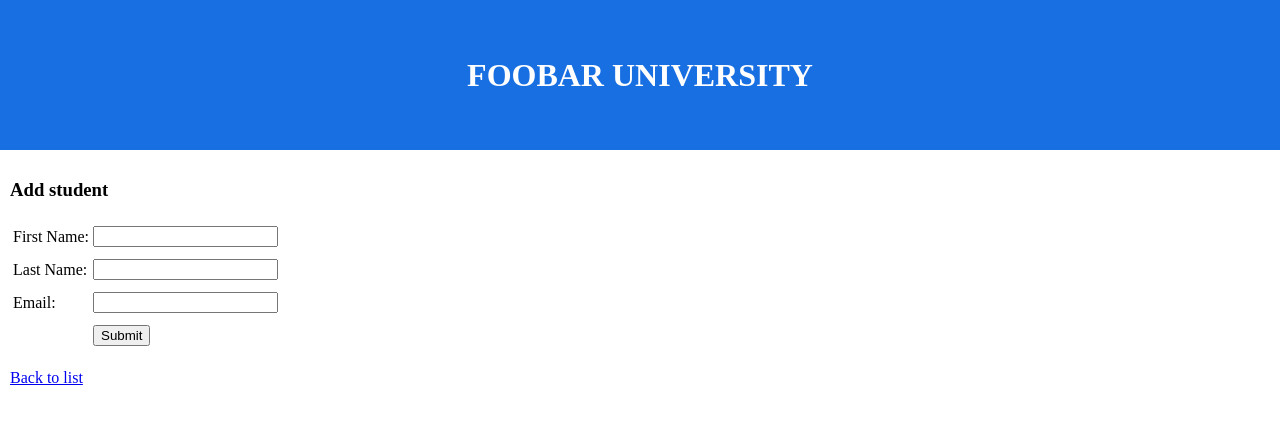
Repository: theslayer2964/Ahihihaha
Page: http://localhost/web_student_tracker/add-student-form.jsp
An editor plug-in stored every save of this project. The page is shown before and after the next save, followed by the edit.
The browser window is 1280 px wide. The pictures show the whole page.
The page is served by Tomcat 9. Other server files are loaded and not shown.

Above is the page before, as saved 2022-03-05 08:10:43.

### web_student_tracker/src/main/webapp/add-student-form.jsp
<%@ page language="java" contentType="text/html; charset=ISO-8859-1"
    pageEncoding="ISO-8859-1"%>
<!DOCTYPE html>
<html>
<head>
<meta charset="ISO-8859-1">
<title>Insert title here</title>
<link type="text/css" rel="stylesheet" href="css/style.css">
</head>
<body>
	<div id="wrapper">
        <div id="header">
            <h2 style="margin-top: 0px">FOOBAR UNIVERSITY</h2>
        </div>
    </div>
    <div id="container">
        <h3>Add student</h3>
        <form action="StudentControllerServlet" method="get">
            <input type="hidden" name="command" value="ADD">
            <table>
                <tbody>
                    <tr>
                        <td><label for="firstName">First Name:</label></td>
                        <td><input type="text" name="firstName"></td>
                    </tr>
                    <tr>
                        <td><label for="lastName">Last Name:</label></td>
                        <td><input type="text" name="lastName"></td>
                    </tr>
                    <tr>
                        <td><label>Email:</label></td>
                        <td><input type="text" name="email"></td>
                    </tr>
                    <tr>
                        <td><label for=""></label></td>
                        <td><input type="submit" name="Save" class="save"></td>
                    </tr>
                </tbody>
            </table>
        </form>
        <div style="clear: both;"></div>
        <p>
            <a href="StudentControllerServlet">Back to list</a>
        </p>
    </div>

</body>
</html>

### web_student_tracker/src/main/webapp/css/style.css
body {
	margin: 0px 0px 0px 0px;
	padding: 0px 0px 0px 0px;
}

#wrapper {
	background-color: rgb(24, 111, 226);
	height: 150px;
	width: 100%;
}
#container{
	padding: 10px;
}
h2 {
	color: white;
	line-height: 150px;
	font-size: 32px;
	text-align: center;
}

.add-student-button {
	font-size: 24px;
	width: 250px;
	height: 50px;
	font-weight: bold;
	color: rgb(24, 111, 226);
	border-radius: 5px 5px 5px 5px;
	margin-top: 20px;
	margin-bottom: 20px;
}

.table {
	border: 1px solid black;
	height: 50px;
	width: 50%;
}

td {
	padding-top: 5px;
	padding-bottom: 5px;
}

td a {
	border: 1px solid yellow;
	color: white;
	background-color: rgb(73, 131, 207);
	padding-top: 3px;
	padding-bottom: 3px;
	padding-left: 7px;
	padding-right: 7px;
	border-radius: 5px;
	text-decoration: none;
}

After the next save:
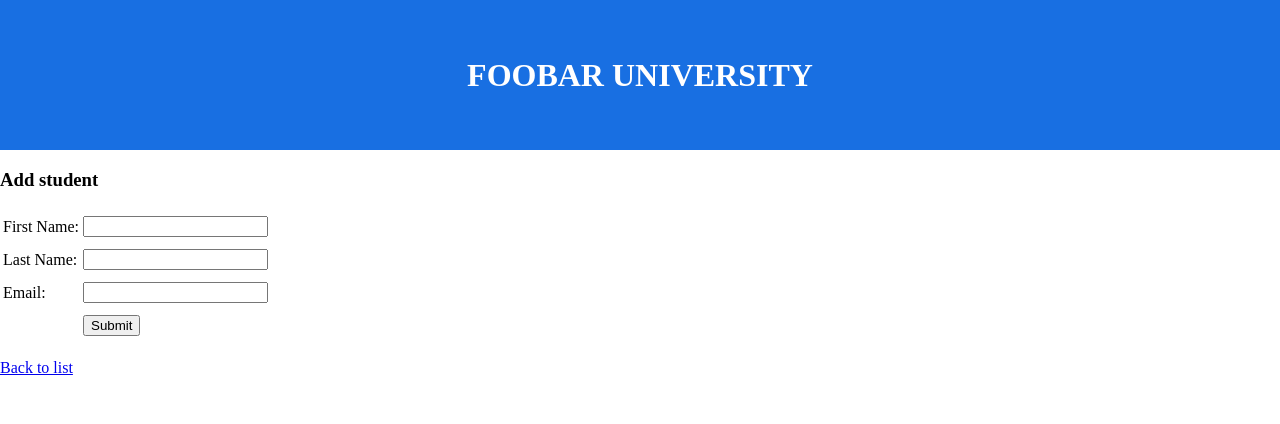
Saved 18 s later.
--- a/web_student_tracker/src/main/webapp/css/style.css
+++ b/web_student_tracker/src/main/webapp/css/style.css
@@ -8,7 +8,7 @@
 	height: 150px;
 	width: 100%;
 }
-#container{
+.container{
 	padding: 10px;
 }
 h2 {

After the 2 saves that followed:
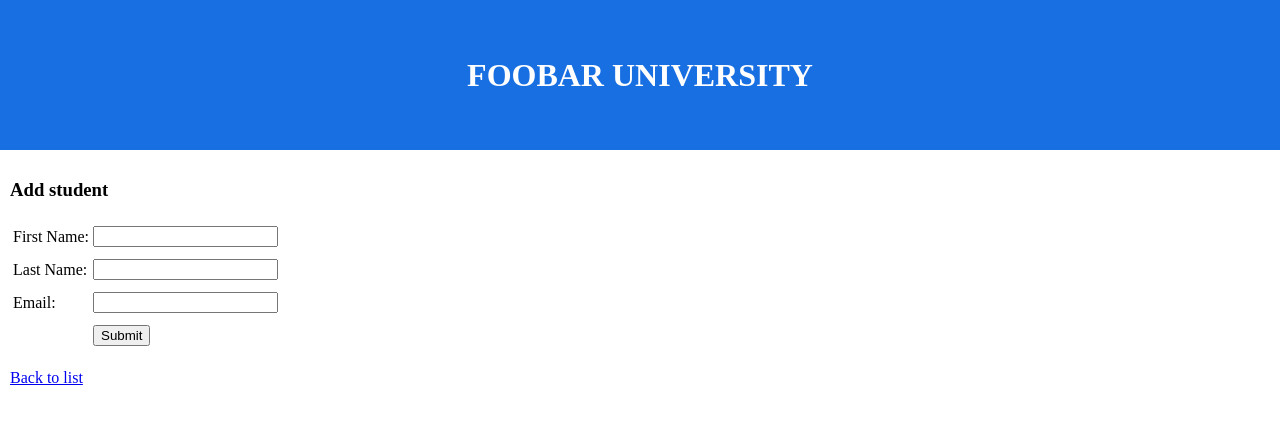
The 2 saves are shown as one change because 1 left the picture as it was.
The last was saved 26 s later.
--- a/web_student_tracker/src/main/webapp/css/style.css
+++ b/web_student_tracker/src/main/webapp/css/style.css
@@ -8,9 +8,11 @@
 	height: 150px;
 	width: 100%;
 }
-.container{
+
+#container {
 	padding: 10px;
 }
+
 h2 {
 	color: white;
 	line-height: 150px;
